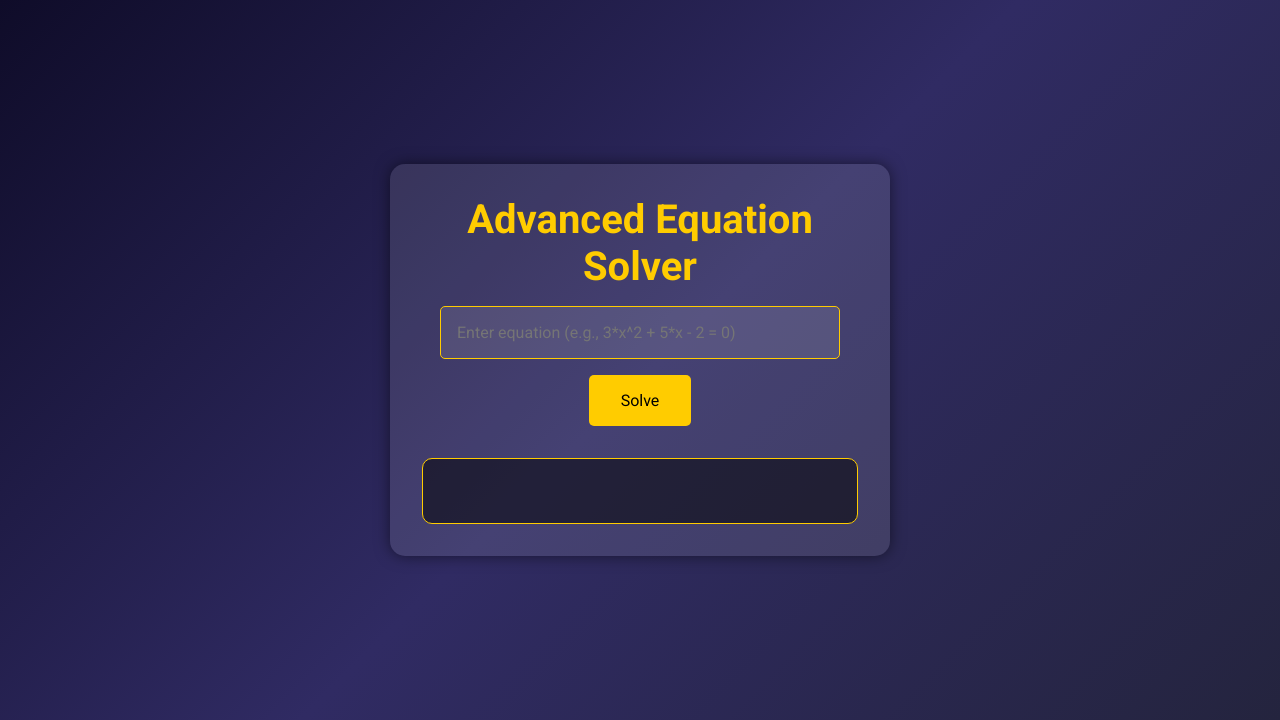
Repository: ngl-ankit/equation-solver
Page: index.html
These files come from the project's save history. The page is drawn as it stood at one moment and after the next save; the edit follows.
The browser window is 1280 px wide. The pictures show the whole page.

Above is the page before, as saved 2024-07-07 12:27:19.

### index.html
<!DOCTYPE html>
<html lang="en">
  <head>
    <meta charset="UTF-8" />
    <meta name="viewport" content="width=device-width, initial-scale=1.0" />
    <title>Advanced Equation Solver</title>
    <link rel="stylesheet" href="styles.css" />
  </head>
  <body>
    <div class="container">
      <h1>Advanced Equation Solver</h1>
      <div class="form-container">
        <form id="equation-form">
          <input
            type="text"
            id="equation-input"
            placeholder="Enter equation (e.g., 3*x^2 + 5*x - 2 = 0)"
            required
          />
          <button type="submit" class="solve-btn">Solve</button>
        </form>
      </div>
      <div id="results" class="results"></div>
    </div>
    <script src="script.js"></script>
  </body>
</html>

### styles.css
@import url("https://fonts.googleapis.com/css2?family=Roboto:wght@400;700&display=swap");

* {
  margin: 0;
  padding: 0;
  box-sizing: border-box;
  font-family: "Roboto", sans-serif;
}

body {
  display: flex;
  justify-content: center;
  align-items: center;
  height: 100vh;
  background-color: #0f0c29;
  background-image: linear-gradient(
    135deg,
    #0f0c29 0%,
    #302b63 51%,
    #24243e 100%
  );
  color: #fff;
  font-size: 16px;
}

.container {
  background: rgba(255, 255, 255, 0.1);
  padding: 2rem;
  border-radius: 15px;
  box-shadow: 0 0 15px rgba(0, 0, 0, 0.5);
  text-align: center;
  transition: transform 0.3s ease-in-out;
  max-width: 500px;
  width: 90%;
}

.container:hover {
  transform: scale(1.02);
}

h1 {
  margin-bottom: 1rem;
  font-size: 2.5rem;
  color: #ffcc00;
}

.form-container {
  margin-bottom: 2rem;
}

form {
  display: flex;
  flex-direction: column;
  align-items: center;
}

input[type="text"] {
  width: 100%;
  max-width: 400px;
  padding: 1rem;
  border: 1px solid #ffcc00;
  border-radius: 5px;
  background: rgba(255, 255, 255, 0.1);
  color: #fff;
  outline: none;
  font-size: 1rem;
  margin-bottom: 1rem;
  transition: background-color 0.3s, border-color 0.3s;
}

input[type="text"]:hover,
input[type="text"]:focus {
  background-color: rgba(255, 255, 255, 0.2);
  border-color: #ff9900;
}

button.solve-btn {
  padding: 1rem 2rem;
  border: none;
  background-color: #ffcc00;
  color: #000;
  border-radius: 5px;
  cursor: pointer;
  transition: background-color 0.3s, transform 0.3s;
  font-size: 1rem;
  outline: none;
}

button.solve-btn:hover {
  background-color: #ff9900;
  transform: scale(1.05);
}

.results {
  padding: 2rem;
  background: rgba(0, 0, 0, 0.5);
  border: 1px solid #ffcc00;
  border-radius: 10px;
  animation: fadeIn 0.5s ease-in-out;
  text-align: left;
  max-width: 100%;
}

.results p {
  margin-bottom: 0.5rem;
  font-size: 1rem;
  line-height: 1.5;
}

@keyframes fadeIn {
  from {
    opacity: 0;
  }
  to {
    opacity: 1;
  }
}

### script.js
document.getElementById('equation-form').addEventListener('submit', function (event) {
  event.preventDefault();
  const equation = document.getElementById('equation-input').value;
  const result = solveEquation(equation);
  displayResults(result);
});

function solveEquation(equation) {
  // Refined regex to handle various forms of quadratic equations
  const regex = /([-+]?\d*\.?\d*)\s*\*?\s*x\^2\s*([-+]?\s*\d*\.?\d*)\s*\*?\s*x\s*([-+]?\s*\d*\.?\d*)\s*=\s*0/;
  const matches = equation.match(regex);
  if (!matches) {
    return { equation, error: 'Invalid equation format' };
  }

  const a = parseFloat(matches[1].replace(/\s+/g, '')) || 1;
  const b = parseFloat(matches[2].replace(/\s+/g, '')) || 0;
  const c = parseFloat(matches[3].replace(/\s+/g, '')) || 0;

  // Calculate the discriminant
  const discriminant = b ** 2 - 4 * a * c;
  const hasRealSolutions = discriminant >= 0;
  const solutions = hasRealSolutions ? [
    (-b + Math.sqrt(discriminant)) / (2 * a),
    (-b - Math.sqrt(discriminant)) / (2 * a)
  ] : [];

  return {
    equation,
    hasRealSolutions,
    solutions,
    discriminant
  };
}

function displayResults(result) {
  const resultsDiv = document.getElementById('results');
  resultsDiv.innerHTML = `
    <p><strong>Equation:</strong> ${result.equation}</p>
    ${result.error ? `<p><strong>Error:</strong> ${result.error}</p>` : `
    <p><strong>Discriminant:</strong> ${result.discriminant}</p>
    <p><strong>Has Real Solutions:</strong> ${result.hasRealSolutions}</p>
    <p><strong>Solutions:</strong> ${result.solutions.length ? result.solutions.join(', ') : 'No real solutions'}`}
  `;
}

After the next save:
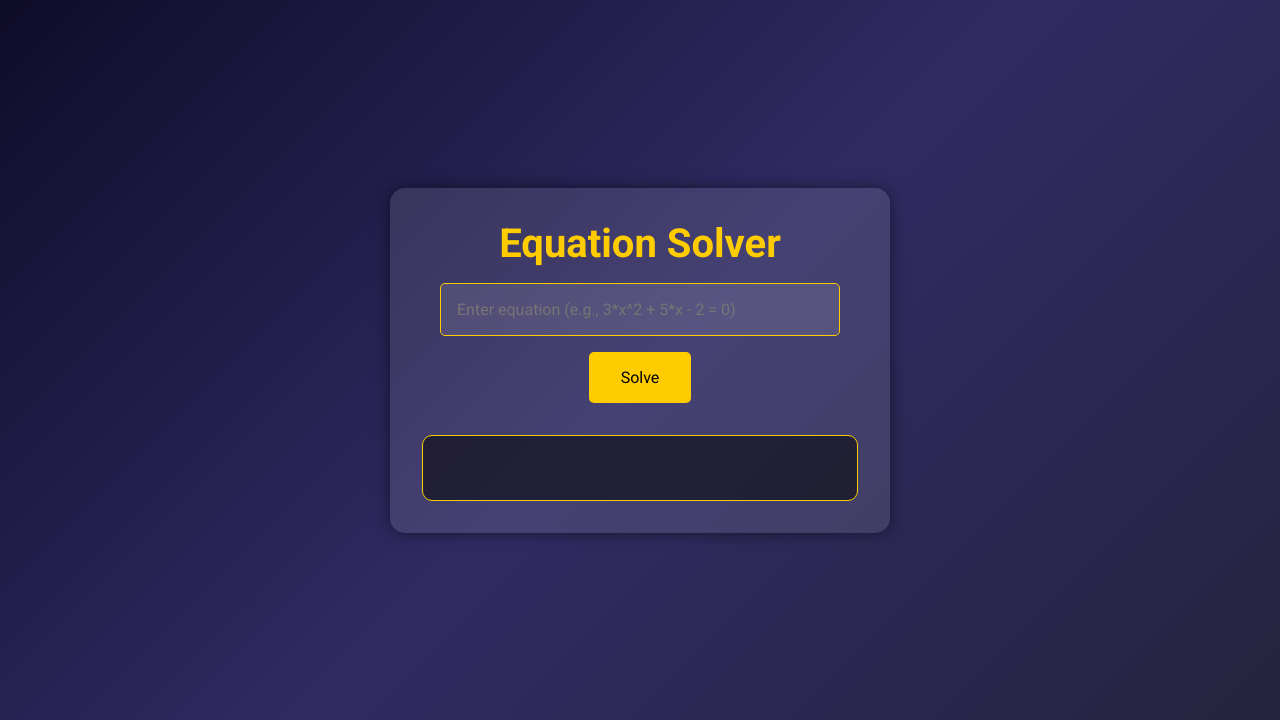
Saved 56 s later.
--- a/index.html
+++ b/index.html
@@ -8,7 +8,7 @@
   </head>
   <body>
     <div class="container">
-      <h1>Advanced Equation Solver</h1>
+      <h1>Equation Solver</h1>
       <div class="form-container">
         <form id="equation-form">
           <input
